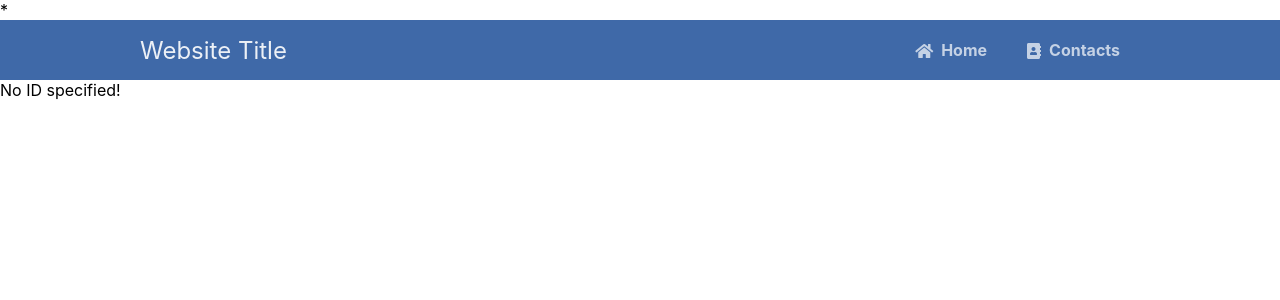
Repository: Zakraouihadil1/stage-perfectionnement-
Page: http://localhost/espace admin/delete-users.php
An editor plug-in stored every save of this project. The page is shown before and after the next save, followed by the edit.
The browser window is 1280 px wide. The pictures show the whole page.
The page is run by PHP 8.4 with error messages shown; the project is at /var/www/html/.

Above is the page before, as saved 2021-09-27 20:45:52.

After the next save:
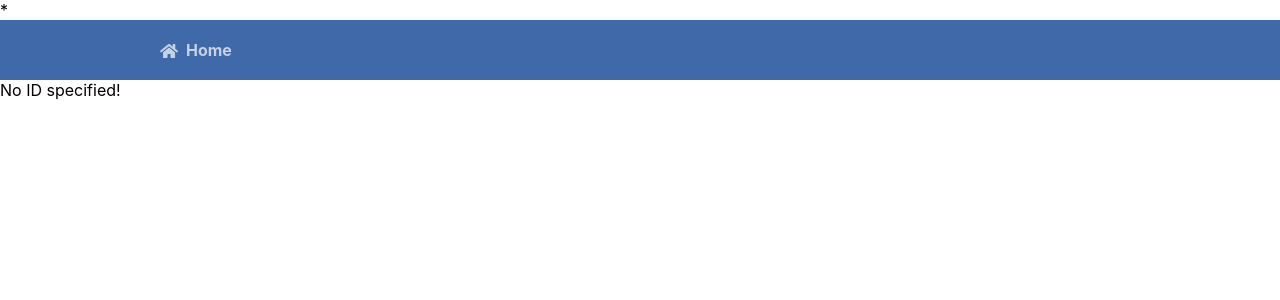
Saved 48 s later.
--- a/Espace admin/delete-users.php
+++ b/Espace admin/delete-users.php
@@ -10,9 +10,7 @@
     <body>
     <nav class="navtop">
     	<div>
-    		<h1>Website Title</h1>
-            <a href="index.php"><i class="fas fa-home"></i>Home</a>
-    		<a href="read.php"><i class="fas fa-address-book"></i>Contacts</a>
+            <a href="admin-home.php"><i class="fas fa-home"></i>Home</a>
     	</div>
     </nav>
     <?php
